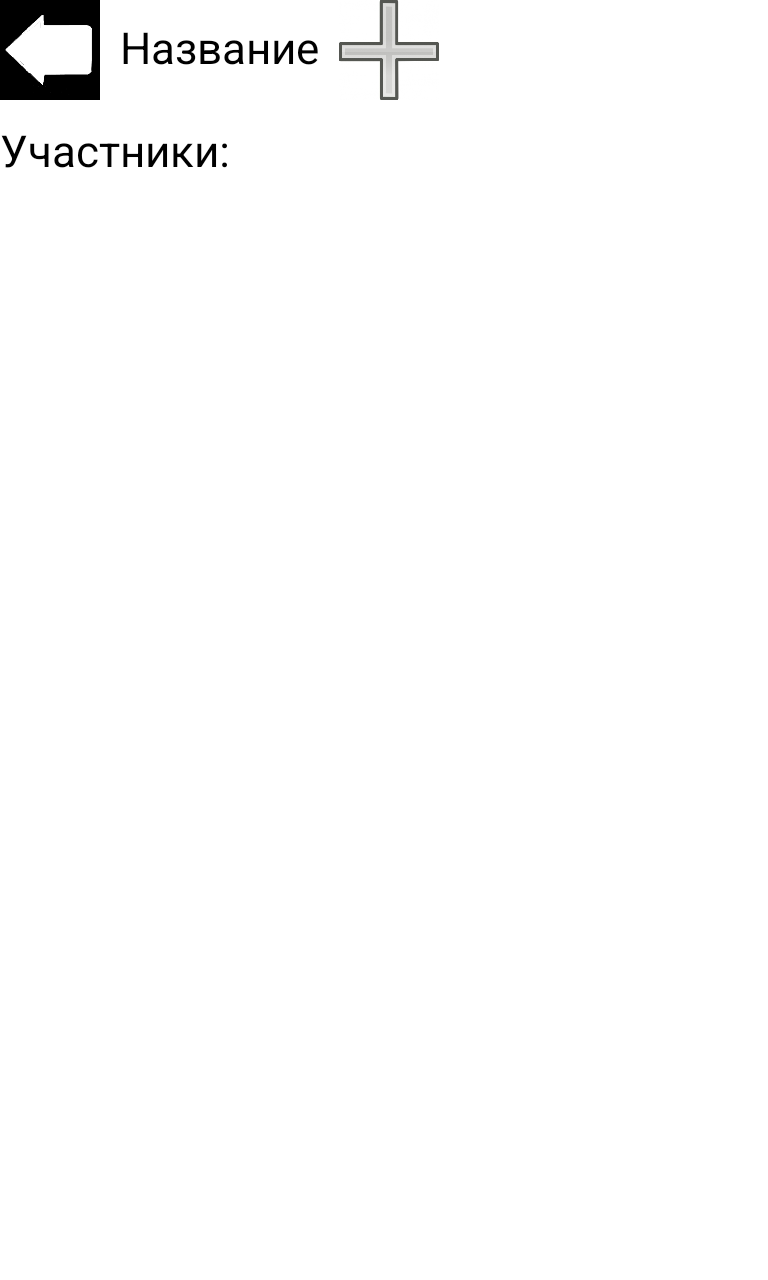
Repository: webguild/RedmineMobile
Layout: Android/RedmineAndroid/res/layout/project_settings_worker.xml
The author's editor kept a copy of each file at every save. The layout is drawn from the files as they stood at one save, then again after the next save.
It is drawn on a 768 x 1280 px phone screen (xhdpi) without system bars, with theme AppTheme; the app's code is not run. Lists and similar views that code fills are empty.

Above is the layout before, as saved 2013-01-18 13:18:28.

### Android/RedmineAndroid/res/layout/project_settings_worker.xml
<?xml version="1.0" encoding="utf-8"?>
<LinearLayout xmlns:android="http://schemas.android.com/apk/res/android"
    android:layout_width="match_parent"
    android:layout_height="match_parent"
    android:orientation="vertical" >

    <LinearLayout
        android:layout_width="match_parent"
        android:layout_height="wrap_content" >

        <Button
            android:id="@+id/button1"
            android:layout_width="50dp"
            android:layout_height="50dp"
            android:background="@drawable/backbutton" />

        <TextView
            android:id="@+id/textView1"
            android:layout_width="wrap_content"
            android:layout_height="wrap_content"
            android:layout_marginLeft="10dp"
            android:text="Название"
            android:textAppearance="?android:attr/textAppearanceLarge" />

        <Button
            android:id="@+id/button2"
            android:layout_width="50dp"
            android:layout_height="50dp"
            android:layout_marginLeft="10dp"
            android:background="@drawable/greyplus" />

    </LinearLayout>

    <TextView
        android:id="@+id/textView2"
        android:layout_width="wrap_content"
        android:layout_height="wrap_content"
        android:layout_marginTop="10dp"
        android:text="Участники:"
        android:textAppearance="?android:attr/textAppearanceLarge" />

    <ScrollView
        android:layout_width="fill_parent"
        android:layout_height="wrap_content"
        android:background="#fff" >

    <FrameLayout
        android:layout_width="300dp"
        android:layout_height="wrap_content" >

        <ListView
            android:id="@+id/listView1"
            android:layout_width="300dp"
            android:layout_height="500dp" >
        </ListView>

    </FrameLayout>
 </ScrollView>
</LinearLayout>

Loaded but not shown: Android/RedmineAndroid/res/values/styles.xml (common file); Android/RedmineAndroid/res/values-v11/styles.xml (common file)

After the next save:
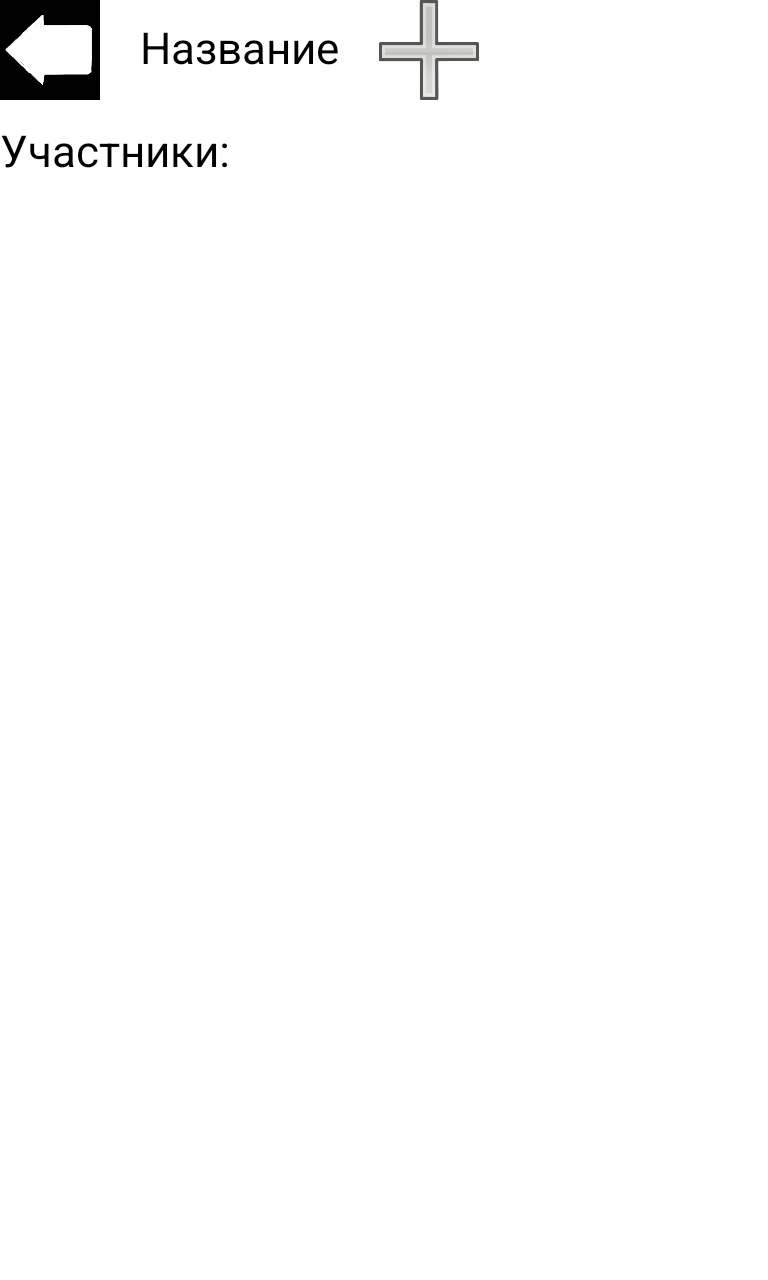
Saved 21 s later.
--- a/Android/RedmineAndroid/res/layout/project_settings_worker.xml
+++ b/Android/RedmineAndroid/res/layout/project_settings_worker.xml
@@ -18,7 +18,7 @@
             android:id="@+id/textView1"
             android:layout_width="wrap_content"
             android:layout_height="wrap_content"
-            android:layout_marginLeft="10dp"
+            android:layout_marginLeft="20dp"
             android:text="Название"
             android:textAppearance="?android:attr/textAppearanceLarge" />
 
@@ -26,7 +26,7 @@
             android:id="@+id/button2"
             android:layout_width="50dp"
             android:layout_height="50dp"
-            android:layout_marginLeft="10dp"
+            android:layout_marginLeft="20dp"
             android:background="@drawable/greyplus" />
 
     </LinearLayout>
